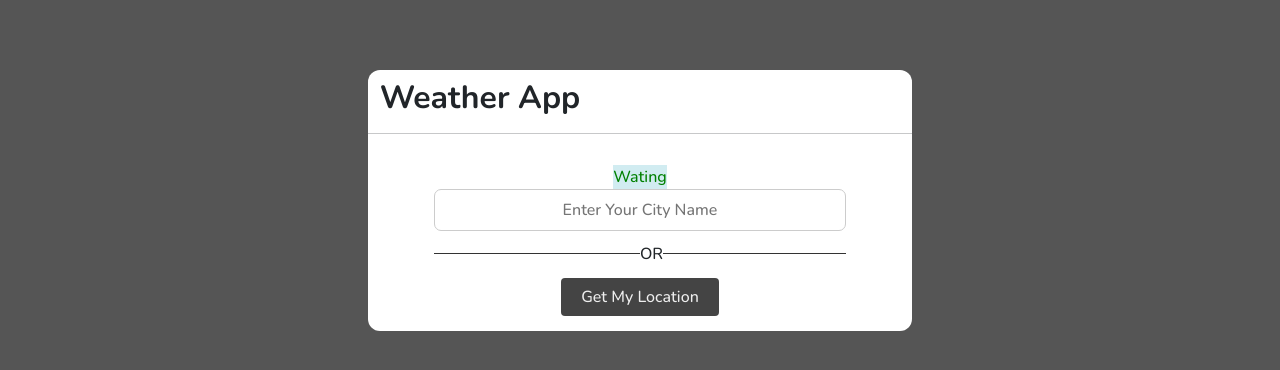
Repository: youssef168/Weather-App
Page: index.htm
An editor plug-in stored every save of this project. The page is shown before and after a run of saves, followed by the edit.
The browser window is 1280 px wide. The pictures show the whole page.

Above is the page before, as saved 2021-12-28 22:17:16.

After the next 2 saves:
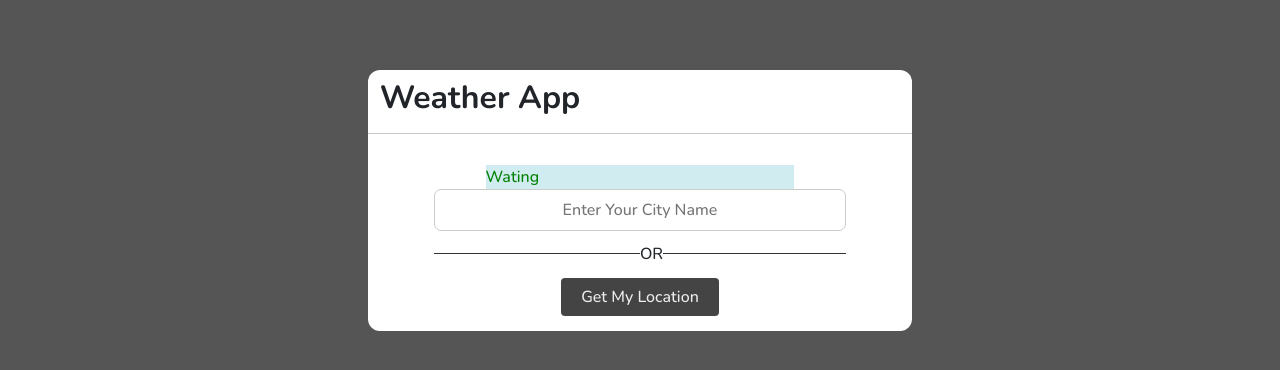
The 2 saves are shown as one change because they came seconds apart.
The last was saved 12 s later.
--- a/style.css
+++ b/style.css
@@ -164,4 +164,5 @@ h2 {
 .wating {
     background: #D1ECF1;
     color: green;
+    width: 60%;
 }
